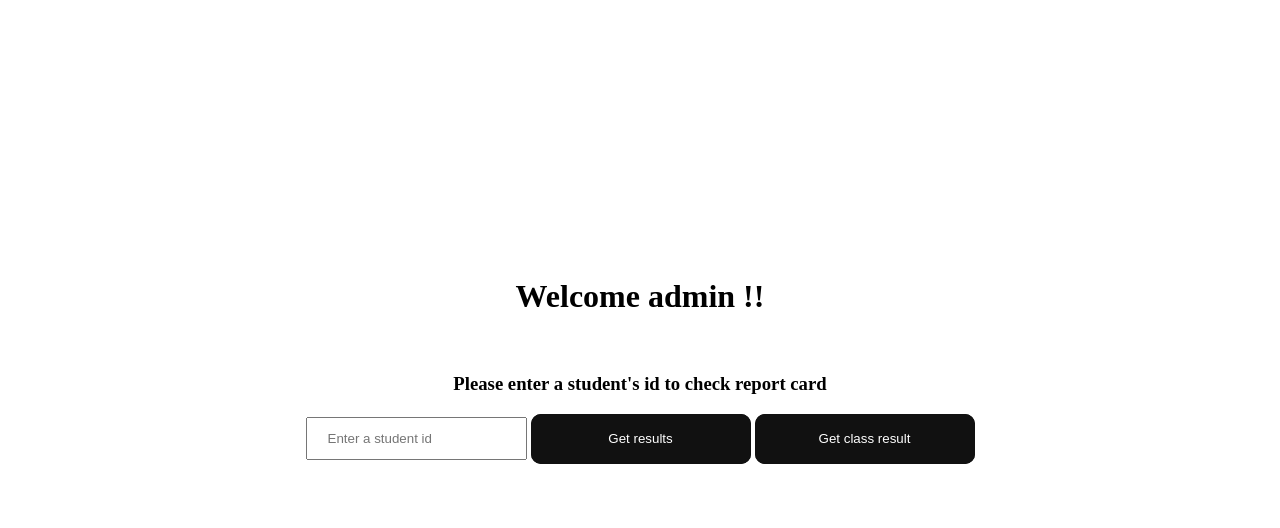
Repository: MriOj/OnlineExamPortal
Page: http://localhost/ExamPortal/admlogin.jsp
The author's editor kept a copy of each file at every save. The page is drawn from the files as they stood at one save, then again after the next save.
The browser window is 1280 px wide. The pictures show the whole page.
The page is served by Tomcat 9.

Above is the page before, as saved 2021-09-07 10:40:44.

After the next save:
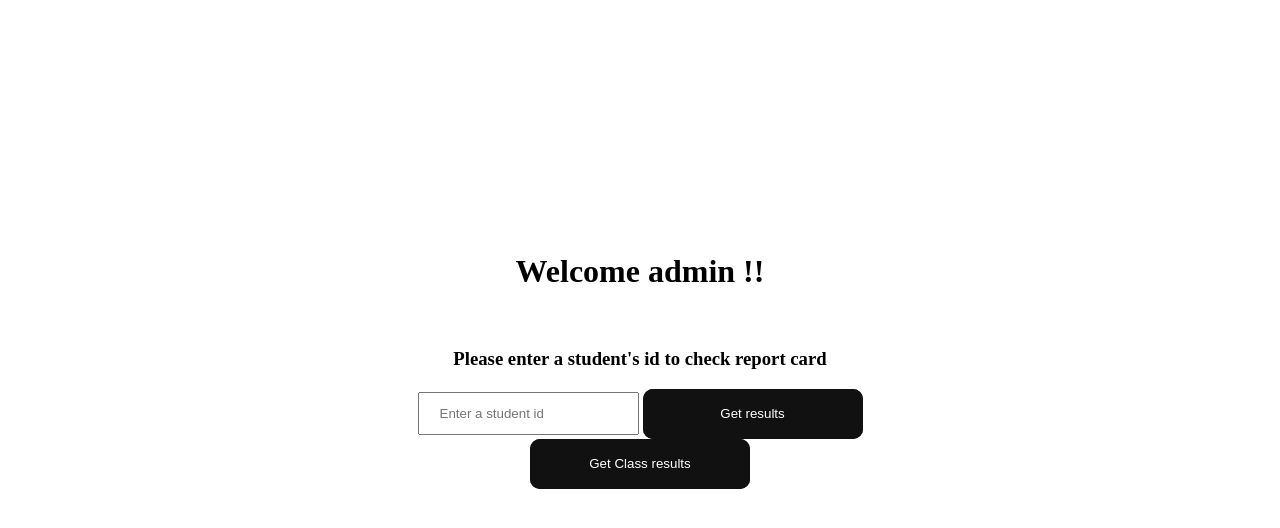
Saved 79 s later.
--- a/ExamPortal/src/main/webapp/admlogin.jsp
+++ b/ExamPortal/src/main/webapp/admlogin.jsp
@@ -101,7 +101,9 @@ padding: 12px 20px;
   <form action="reportcard" method="post">
   <input type="number" placeholder="Enter a student id" name="userid">
   <button type="submit" class="glow-on-hover" >Get results</button>
-  <button class="glow-on-hover" type="button" onclick="classresult()" >Get class result</button>
+  </form>
+  <form action="classresults">
+  <button class="glow-on-hover" type="button">Get Class results</button>
   </form>
 
 
